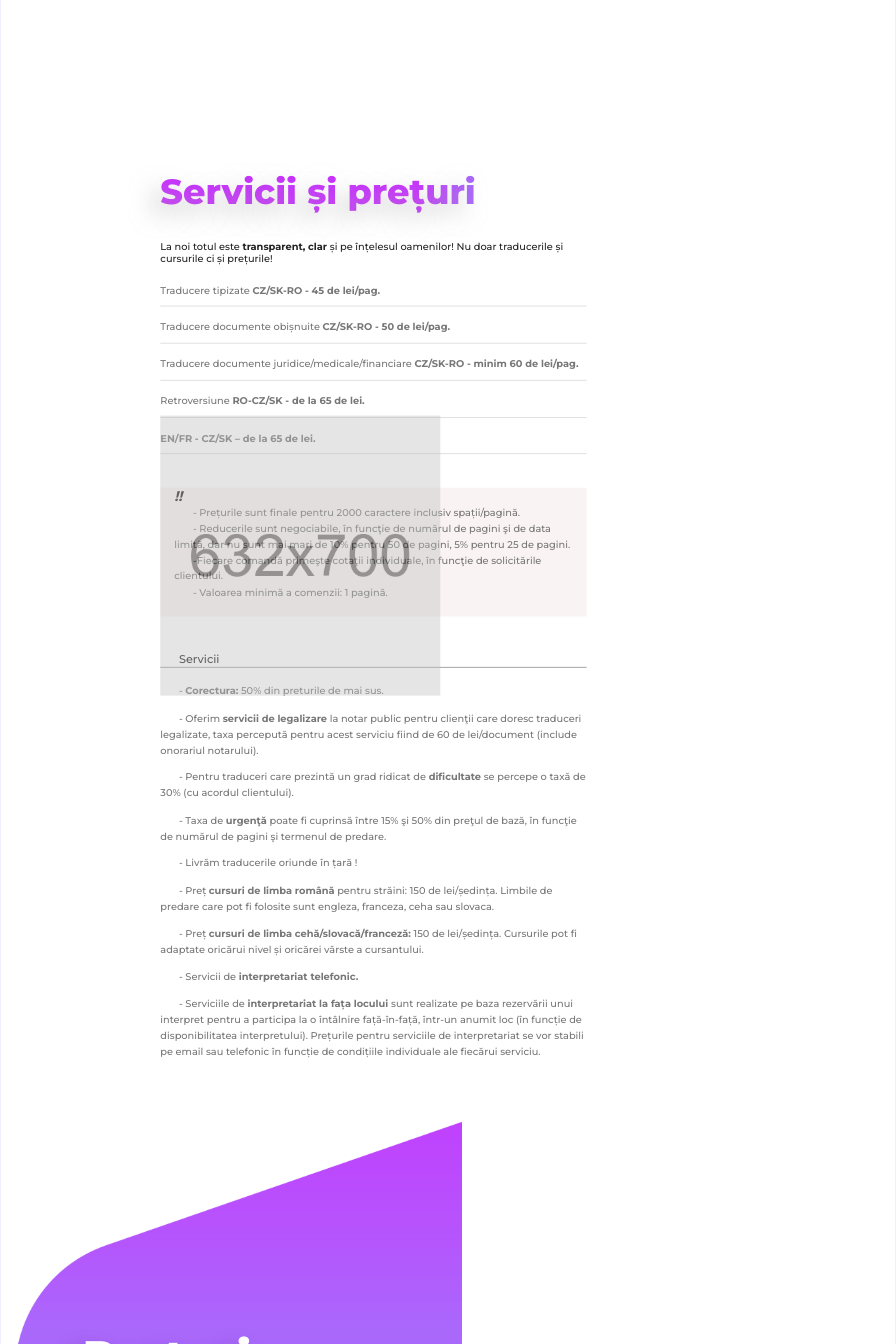
Repository: roscaImarius/site_traduceri
Page: index.html
An editor plug-in stored every save of this project. The page is shown before and after the next save, followed by the edit.
The browser window is 1280 px wide. The pictures show the part of the page from y = 3184 to 5104 px (the page is 7441 px tall before and 6450 px after), at 70% of full size.

Above is the page before, as saved 2022-03-22 03:33:16.

After the next save:
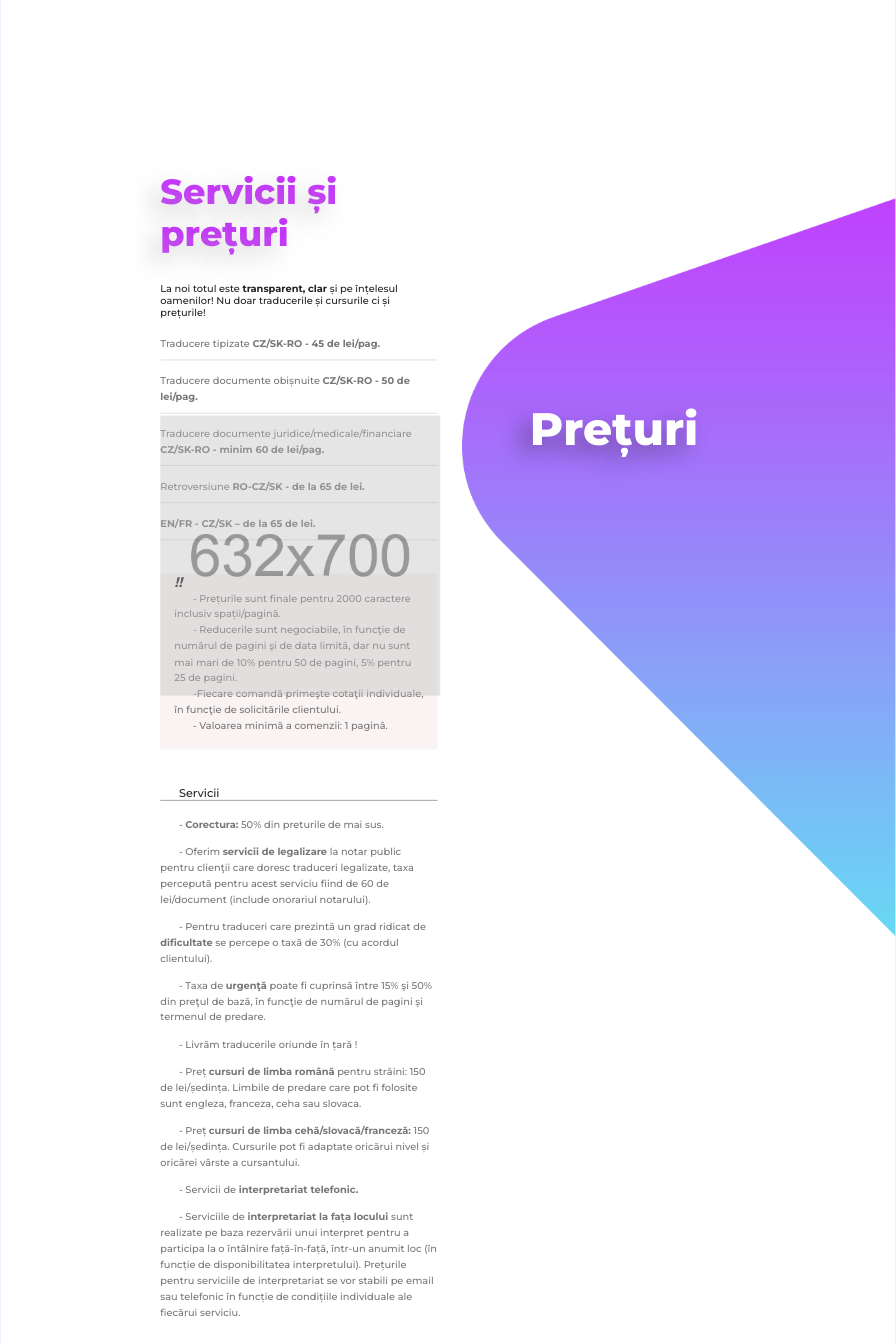
Saved 5 s later.
--- a/index.html
+++ b/index.html
@@ -234,7 +234,7 @@
     <section class="price-area section-gap-top-5 relative" id="portfolio">
       <div class="container-fluid">
         <div class="row row-reverse">
-          <div class="divFaraPret offset-lg-2 col-lg-6 col-md-12">
+          <div class="divFaraPret offset-lg-2 col-lg-4 col-md-12">
                <div class="pretDrawing"></div>
             <h2 class="heading mb-40">Servicii și prețuri</h2>
             <h6 class="mb-4">
